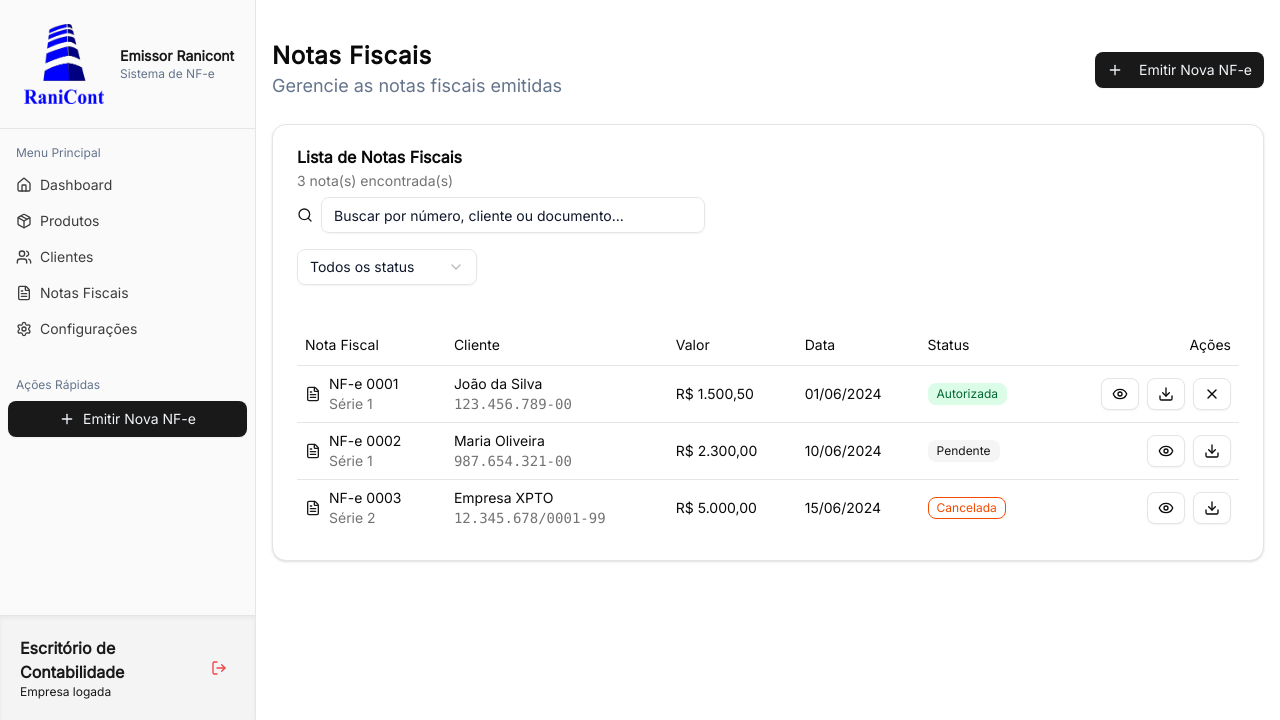
Repository: vinimx/emissor-ranicont
Page: /notas
The author's editor kept a copy of each file at every save. The page is drawn from the files as they stood at one save, then again after a run of saves.
The browser window is 1280 px wide. The pictures show the whole page.
The project was rebuilt for these pictures with package versions that can differ from the ones it lists, and the page was loaded fresh each time. Also part of the build but not shown: vite.config.js, src/components/ui/label.jsx, src/components/Auth/Login/index.jsx, src/components/Auth/Cadastrar/index.jsx, src/components/ui/separator.jsx, src/components/ui/skeleton.jsx, src/components/Dashboard/index.jsx, src/components/Produtos/index.jsx and 2 more.

Above is the page before, as saved 2025-06-23 21:34:02.

### index.html
<!DOCTYPE html>
<html lang="en">
  <head>
    <meta charset="UTF-8" />
    <link rel="icon" type="image/svg+xml" href="/vite.svg" />
    <meta name="viewport" content="width=device-width, initial-scale=1.0" />
    <title>Emissor Ranicont</title>
  </head>
  <body>
    <div id="root"></div>
    <script type="module" src="/src/main.jsx"></script>
  </body>
</html>

### src/main.jsx
import "./index.css";
import React from "react";
import ReactDOM from "react-dom/client";
import { BrowserRouter } from "react-router-dom";
import App from "./App";

ReactDOM.createRoot(document.getElementById("root")).render(
  <React.StrictMode>
    <BrowserRouter>
      <App />
    </BrowserRouter>
  </React.StrictMode>
);

### src/App.jsx
import { Routes, Route } from "react-router-dom";
import Login from "./components/Auth/Login";
import Cadastrar from "./components/Auth/Cadastrar";
import Dashboard from "./components/Dashboard";
import Produtos from "./components/Produtos";
import Clientes from "./components/Clientes";
import NotaFiscal from "./components/NotaFiscal";
import NovaNotaFiscal from "./components/NotaFiscal/NovaNotaFiscal";

function App() {
  return (
    <Routes>
      <Route path="/" element={<Dashboard />} />
      <Route path="/login" element={<Login />} />
      <Route path="/cadastrar" element={<Cadastrar />} />
      <Route path="/dashboard" element={<Dashboard />} />
      <Route path="/produtos" element={<Produtos />} />
      <Route path="/clientes" element={<Clientes />} />
      <Route path="/notas" element={<NotaFiscal />} />
      <Route path="/nova" element={<NovaNotaFiscal />} />
    </Routes>
  );
}

export default App;

### src/components/NotaFiscal/index.jsx
import { Plus, Search, FileText, Eye, Download, X } from "lucide-react";
import HeaderPagina from "../HeaderPagina";
import LayoutComSidebar from "../MobileSideBar";
import { SidebarProvider } from "../ui/sidebar";
import { Sheet, SheetTrigger } from "../ui/sheet";
import { Button } from "../ui/button";
import { useState } from "react";
import {
  Card,
  CardDescription,
  CardHeader,
  CardTitle,
  CardContent,
} from "../ui/card";
import { Input } from "../ui/input";
import {
  Table,
  TableHeader,
  TableBody,
  TableRow,
  TableHead,
  TableCell,
} from "../ui/table";
import {
  Select,
  SelectTrigger,
  SelectValue,
  SelectContent,
  SelectItem,
} from "../ui/select";
import { Badge } from "../ui/badge";
import { Link } from "react-router-dom";

const notas = [
  {
    id: 1,
    numero: "0001",
    cliente: "João da Silva",
    documento: "123.456.789-00",
    valor: 1500.5,
    data: "2024-06-01",
    status: "Autorizada",
    serie: "1",
  },
  {
    id: 2,
    numero: "0002",
    cliente: "Maria Oliveira",
    documento: "987.654.321-00",
    valor: 2300.0,
    data: "2024-06-10",
    status: "Pendente",
    serie: "1",
  },
  {
    id: 3,
    numero: "0003",
    cliente: "Empresa XPTO",
    documento: "12.345.678/0001-99",
    valor: 5000.0,
    data: "2024-06-15",
    status: "Cancelada",
    serie: "2",
  },
];

export default function NotaFiscal() {
  const [abrirSheet, setAbrirSheet] = useState(false);
  const [busca, setBusca] = useState("");
  const [filtroStatus, setFiltroStatus] = useState("all");

  const notasFiltradas = notas.filter((nota) => {
    const correspondeBusca =
      nota.numero.includes(busca) ||
      nota.cliente.toLowerCase().includes(busca.toLowerCase()) ||
      nota.documento.includes(busca);

    const correspondeStatus =
      filtroStatus === "all" || nota.status === filtroStatus;

    return correspondeBusca && correspondeStatus;
  });

  const getBadgeStatus = (status) => {
    switch (status) {
      case "Autorizada":
        return (
          <Badge className="bg-green-100 text-green-800 hover:bg-green-100">
            Autorizada
          </Badge>
        );
      case "Pendente":
        return <Badge variant="secondary">Pendente</Badge>;
      case "Cancelada":
        return (
          <Badge
            variant="outline"
            className="text-orange-600 border-orange-600"
          >
            Cancelada
          </Badge>
        );
      case "Rejeitada":
        return <Badge variant="destructive">Rejeitada</Badge>;
      default:
        return <Badge variant="secondary">{status}</Badge>;
    }
  };

  return (
    <SidebarProvider>
      <LayoutComSidebar>
        <div className="mt-20 md:mt-10 m-2 sm:m-4 space-y-4 sm:space-y-6">
          <HeaderPagina
            titulo="Notas Fiscais"
            subtitulo="Gerencie as notas fiscais emitidas"
            acao={
              <Sheet open={abrirSheet} onOpenChange={setAbrirSheet}>
                <Button
                  asChild
                  className="bg-[var(--sidebar-primaria)] text-[var(--primaria-texto)] font-medium transition-colors hover:bg-[var(--primaria-hover)] rounded-[var(--raio)]"
                >
                  <Link to="/nova">
                    <Plus className="h-4 w-4 mr-2" />
                    Emitir Nova NF-e
                  </Link>
                </Button>
              </Sheet>
            }
          />
          <Card className="overflow-hidden">
            <CardHeader className="pb-4">
              <CardTitle>Lista de Notas Fiscais</CardTitle>
              <CardDescription>
                {notasFiltradas.length} nota(s) encontrada(s)
              </CardDescription>
              <div className="flex flex-col space-y-4">
                <div className="flex flex-col sm:flex-row sm:items-center space-y-2 sm:space-y-0 sm:space-x-2">
                  <Search className="h-4 w-4 text-[var(--sidebar-primaria)]" />
                  <Input
                    placeholder="Buscar por número, cliente ou documento..."
                    value={busca}
                    onChange={(e) => setBusca(e.target.value)}
                    className="max-w-sm bg-[var(--input-bg)] text-[var(--texto)] border-[var(--sidebar-borda)] placeholder:text-[var(--texto)]"
                  />
                </div>
                <Select value={filtroStatus} onValueChange={setFiltroStatus}>
                  <SelectTrigger className="w-full sm:w-[180px] bg-[var(--input-bg)] text-[var(--texto)] border-[var(--sidebar-borda)]">
                    <SelectValue placeholder="Filtrar por status" />
                  </SelectTrigger>
                  <SelectContent>
                    <SelectItem value="all">Todos os status</SelectItem>
                    <SelectItem value="Autorizada">Autorizada</SelectItem>
                    <SelectItem value="Pendente">Pendente</SelectItem>
                    <SelectItem value="Cancelada">Cancelada</SelectItem>
                    <SelectItem value="Rejeitada">Rejeitada</SelectItem>
                  </SelectContent>
                </Select>
              </div>
            </CardHeader>
            <CardContent>
              {/* Tabela para telas grandes (lg e acima) */}
              <div className="hidden lg:block overflow-x-auto">
                <Table>
                  <TableHeader>
                    <TableRow>
                      <TableHead>Nota Fiscal</TableHead>
                      <TableHead>Cliente</TableHead>
                      <TableHead>Valor</TableHead>
                      <TableHead>Data</TableHead>
                      <TableHead>Status</TableHead>
                      <TableHead className="text-right">Ações</TableHead>
                    </TableRow>
                  </TableHeader>
                  <TableBody>
                    {notasFiltradas.map((nota) => (
                      <TableRow key={nota.id}>
                        <TableCell>
                          <div className="flex items-center space-x-2">
                            <FileText className="h-4 w-4 text-[var(--sidebar-primaria)]" />
                            <div>
                              <div className="font-medium">
                                NF-e {nota.numero}
                              </div>
                              <div className="text-sm text-muted-foreground">
                                Série {nota.serie}
                              </div>
                            </div>
                          </div>
                        </TableCell>
                        <TableCell>
                          <div>
                            <div className="font-medium">{nota.cliente}</div>
                            <div className="text-sm text-muted-foreground font-mono">
                              {nota.documento}
                            </div>
                          </div>
                        </TableCell>
                        <TableCell>
                          <div className="font-medium">
                            R${" "}
                            {nota.valor.toLocaleString("pt-BR", {
                              minimumFractionDigits: 2,
                            })}
                          </div>
                        </TableCell>
                        <TableCell>
                          <div className="text-sm">
                            {new Date(nota.data).toLocaleDateString("pt-BR")}
                          </div>
                        </TableCell>
                        <TableCell>{getBadgeStatus(nota.status)}</TableCell>
                        <TableCell className="text-right">
                          <div className="flex justify-end space-x-2">
                            <Button variant="outline" size="sm">
                              <Eye className="h-4 w-4" />
                            </Button>
                            <Button variant="outline" size="sm">
                              <Download className="h-4 w-4" />
                            </Button>
                            {nota.status === "Autorizada" && (
                              <Button variant="outline" size="sm">
                                <X className="h-4 w-4" />
                              </Button>
                            )}
                          </div>
                        </TableCell>
                      </TableRow>
                    ))}
                  </TableBody>
                </Table>
              </div>

              {/* Tabela compacta para tablets (md) */}
              <div className="hidden md:block lg:hidden overflow-x-auto">
                <Table>
                  <TableHeader>
                    <TableRow>
                      <TableHead>Nota Fiscal</TableHead>
                      <TableHead>Cliente</TableHead>
                      <TableHead>Valor</TableHead>
                      <TableHead className="text-right">Ações</TableHead>
                    </TableRow>
                  </TableHeader>
                  <TableBody>
                    {notasFiltradas.map((nota) => (
                      <TableRow key={nota.id}>
                        <TableCell>
                          <div className="flex items-center space-x-2">
                            <FileText className="h-4 w-4 text-[var(--sidebar-primaria)] flex-shrink-0" />
                            <div className="min-w-0 flex-1">
                              <div className="font-medium text-sm truncate">
                                NF-e {nota.numero}
                              </div>
                              <div className="text-xs text-muted-foreground truncate">
                                Série {nota.serie} | {new Date(nota.data).toLocaleDateString("pt-BR")}
                              </div>
                            </div>
                          </div>
                        </TableCell>
                        <TableCell>
                          <div className="min-w-0">
                            <div className="font-medium text-sm truncate">
                              {nota.cliente}
                            </div>
                            <div className="text-xs text-muted-foreground font-mono truncate">
                              {nota.documento}
                            </div>
                          </div>
                        </TableCell>
                        <TableCell>
                          <div className="font-medium text-sm">
                            R${" "}
                            {nota.valor.toLocaleString("pt-BR", {
                              minimumFractionDigits: 2,
                            })}
                          </div>
                          <div className="text-xs">
                            {getBadgeStatus(nota.status)}
                          </div>
                        </TableCell>
                        <TableCell className="text-right">
                          <div className="flex justify-end space-x-1">
                            <Button
                              variant="outline"
                              size="sm"
                              className="h-8 w-8 p-0"
                            >
                              <Eye className="h-3 w-3" />
                            </Button>
                            <Button
                              variant="outline"
                              size="sm"
                              className="h-8 w-8 p-0"
                            >
                              <Download className="h-3 w-3" />
                            </Button>
                            {nota.status === "Autorizada" && (
                              <Button
                                variant="outline"
                                size="sm"
                                className="h-8 w-8 p-0"
                              >
                                <X className="h-3 w-3" />
                              </Button>
                            )}
                          </div>
                        </TableCell>
                      </TableRow>
                    ))}
                  </TableBody>
                </Table>
              </div>

              {/* Cards para telas pequenas */}
              <div className="flex flex-col gap-4 md:hidden">
                {notasFiltradas.map((nota) => (
                  <div
                    key={nota.id}
                    className="border rounded-lg p-3 bg-white shadow"
                  >
                    <div className="flex items-center space-x-2 mb-2">
                      <FileText className="h-4 w-4 text-[var(--sidebar-primaria)]" />
                      <div className="font-bold">NF-e {nota.numero}</div>
                    </div>
                    <div className="text-xs text-muted-foreground mb-2">
                      Série {nota.serie}
                    </div>
                    <div className="flex flex-wrap gap-2 text-sm">
                      <span>
                        <b>Cliente:</b> {nota.cliente}
                      </span>
                      <span>
                        <b>Documento:</b> {nota.documento}
                      </span>
                      <span>
                        <b>Valor:</b> R${" "}
                        {nota.valor.toLocaleString("pt-BR", {
                          minimumFractionDigits: 2,
                        })}
                      </span>
                      <span>
                        <b>Data:</b>{" "}
                        {new Date(nota.data).toLocaleDateString("pt-BR")}
                      </span>
                      <span>
                        <b>Status:</b> {nota.status}
                      </span>
                    </div>
                    <div className="flex gap-2 mt-2">
                      <Button variant="outline" size="sm">
                        <Eye className="h-4 w-4" />
                      </Button>
                      <Button variant="outline" size="sm">
                        <Download className="h-4 w-4" />
                      </Button>
                      {nota.status === "Autorizada" && (
                        <Button variant="outline" size="sm">
                          <X className="h-4 w-4" />
                        </Button>
                      )}
                    </div>
                  </div>
                ))}
              </div>
            </CardContent>
          </Card>
        </div>
      </LayoutComSidebar>
    </SidebarProvider>
  );
}

### src/components/ui/input.jsx
import * as React from "react"

import { cn } from "@/lib/utils"

function Input({
  className,
  type,
  ...props
}) {
  return (
    <input
      type={type}
      data-slot="input"
      className={cn(
        "file:text-foreground placeholder:text-muted-foreground selection:bg-primary selection:text-primary-foreground dark:bg-input/30 border-input flex h-9 w-full min-w-0 rounded-md border bg-transparent px-3 py-1 text-base shadow-xs transition-[color,box-shadow] outline-none file:inline-flex file:h-7 file:border-0 file:bg-transparent file:text-sm file:font-medium disabled:pointer-events-none disabled:cursor-not-allowed disabled:opacity-50 md:text-sm",
        "focus-visible:border-ring focus-visible:ring-ring/50 focus-visible:ring-[3px]",
        "aria-invalid:ring-destructive/20 dark:aria-invalid:ring-destructive/40 aria-invalid:border-destructive",
        className
      )}
      {...props} />
  );
}

export { Input }

### src/components/Logo/index.jsx
import React from "react";
import logoEmissor from "/assets/images/logo.png";

const Logo = () => {
  return (
    <a href="#">
      <img src={logoEmissor} alt="Logo Emissor" className="h-20 w-20" />
    </a>
  );
};

export default Logo;

### src/components/MobileSideBar/index.jsx
import { SidebarProvider } from "@/components/ui/sidebar";
import MenuSideBar from "../SideBar";
import { useSidebar } from "@/components/ui/sidebar";
import { useEffect } from "react";
import { Menu } from "lucide-react";

export default function LayoutComSidebar({ children }) {
  const { isMobile, openMobile, setOpenMobile } = useSidebar();

  useEffect(() => {
    if (!isMobile && openMobile) setOpenMobile(false);
  }, [isMobile, openMobile, setOpenMobile]);

  const handleHamburgerClick = (e) => {
    e.stopPropagation();
    setOpenMobile(!openMobile);
  };

  return (
    <>
      {/* Botão menu-hamburger fora do Sheet quando fechado */}
      {isMobile && !openMobile && (
        <button
          className="md:hidden fixed top-4 left-4 z-[999] bg-[var(--primaria)] text-white p-2 shadow-lg border-2 rounded-[var(--raio)] border-[var(--sidebar-borda)]"
          onClick={handleHamburgerClick}
          aria-label="Abrir menu"
          type="button"
        >
          <Menu className="h-6 w-6" style={{ color: "var(--destaque)" }} />
        </button>
      )}
      <div className="flex">
        <MenuSideBar />
        <div className="flex-1">{children}</div>
      </div>
    </>
  );
}

### src/components/HeaderPagina/index.jsx
import React from "react";

export default function HeaderPagina({ titulo, subtitulo, acao, children }) {
  return (
    <div className="flex items-center justify-between">
      <div>
        <h2 className="text-2xl font-bold tracking-wide">{titulo}</h2>
        {subtitulo && (
          <p className="text-lg" style={{ color: "var(--suave-texto)" }}>
            {subtitulo}
          </p>
        )}
        {children}
      </div>
      {acao && <div>{acao}</div>}
    </div>
  );
}

Loaded but not shown: src/lib/utils.js (common file); src/hooks/use-mobile.js (common file); src/components/ui/sidebar.jsx (681 lines, source omitted); src/index.css (181 lines, source omitted); src/components/ui/select.jsx (164 lines, source omitted); src/components/SideBar/index.jsx (158 lines, source omitted); src/components/ui/sheet.jsx (138 lines, source omitted); src/components/ui/table.jsx (121 lines, source omitted); src/components/ui/button.jsx (55 lines, source omitted); src/components/ui/card.jsx (101 lines, source omitted); src/components/ui/tooltip.jsx (55 lines, source omitted); src/components/ui/badge.jsx (44 lines, source omitted)

After the next 2 saves:
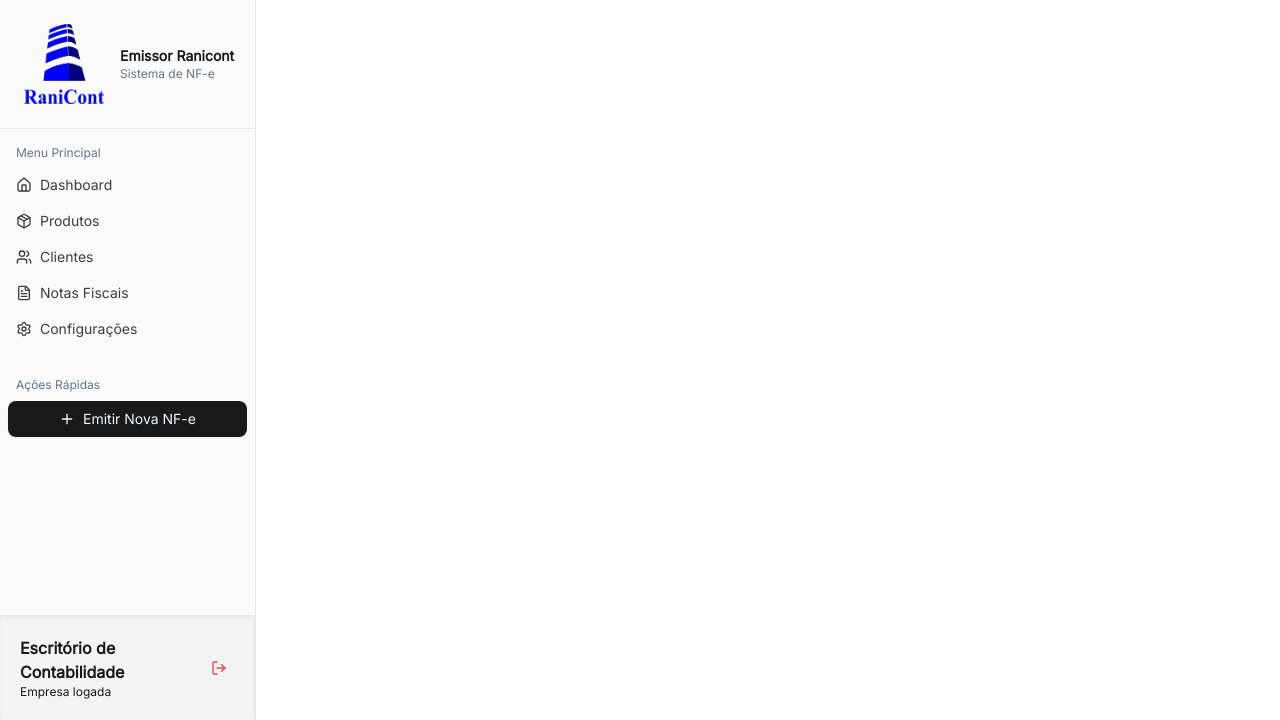
The 2 saves are shown as one change because they came seconds apart.
The last was saved 2 min 45 s later.
--- a/src/components/NotaFiscal/index.jsx
+++ b/src/components/NotaFiscal/index.jsx
@@ -110,7 +110,7 @@
   return (
     <SidebarProvider>
       <LayoutComSidebar>
-        <div className="mt-20 md:mt-10 m-2 sm:m-4 space-y-4 sm:space-y-6">
+        <div className="mt-20 md:mt-10 m-2 sm:m-4 space-y-4 sm:space-y-6 hidden md:block lg:hidden overflow-x-auto">
           <HeaderPagina
             titulo="Notas Fiscais"
             subtitulo="Gerencie as notas fiscais emitidas"
@@ -253,7 +253,10 @@
                                 NF-e {nota.numero}
                               </div>
                               <div className="text-xs text-muted-foreground truncate">
-                                Série {nota.serie} | {new Date(nota.data).toLocaleDateString("pt-BR")}
+                                Série {nota.serie} |{" "}
+                                {new Date(nota.data).toLocaleDateString(
+                                  "pt-BR"
+                                )}
                               </div>
                             </div>
                           </div>

After the save that followed:
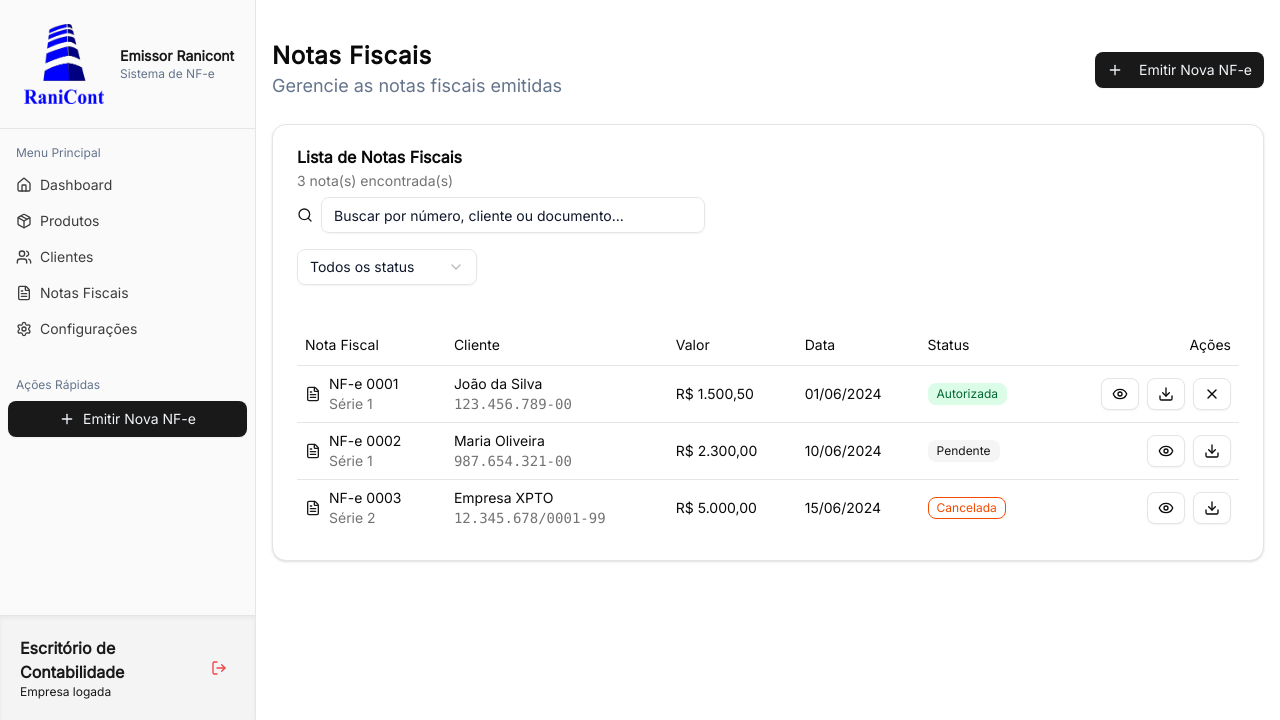
Saved 16 s later.
--- a/src/components/NotaFiscal/index.jsx
+++ b/src/components/NotaFiscal/index.jsx
@@ -110,7 +110,7 @@
   return (
     <SidebarProvider>
       <LayoutComSidebar>
-        <div className="mt-20 md:mt-10 m-2 sm:m-4 space-y-4 sm:space-y-6 hidden md:block lg:hidden overflow-x-auto">
+        <div className="mt-20 md:mt-10 m-2 sm:m-4 space-y-4 sm:space-y-6">
           <HeaderPagina
             titulo="Notas Fiscais"
             subtitulo="Gerencie as notas fiscais emitidas"
